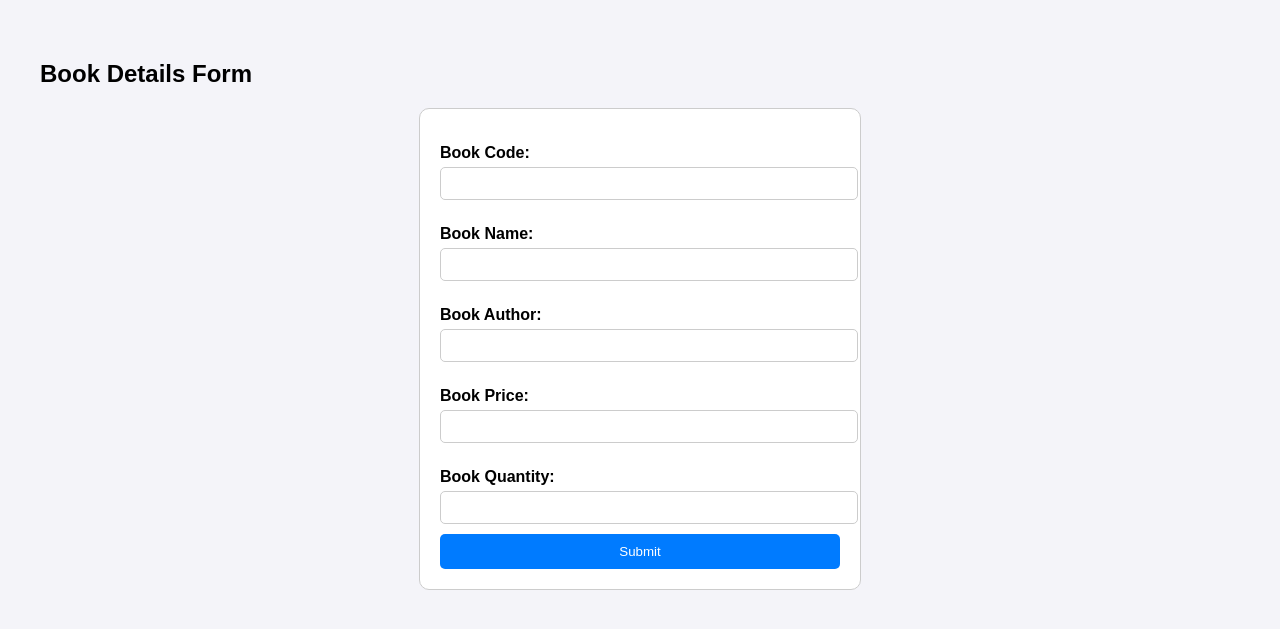
Repository: GokulLade/WebApps_with_Servlets_JSP
Page: 02_ReadDisplayBookDetails/src/main/webapp/index.html
The author's editor kept a copy of each file at every save. The page is drawn from the files as they stood at one save, then again after the next save.
The browser window is 1280 px wide. The pictures show the whole page.

Above is the page before, as saved 2024-11-30 11:04:00.

### 02_ReadDisplayBookDetails/src/main/webapp/index.html
<!DOCTYPE html>
<html lang="en">
<head>
    <meta charset="UTF-8">
    <meta name="viewport" content="width=device-width, initial-scale=1.0">
    <title>Book Details Form</title>
    <style>
        body {
            font-family: Arial, sans-serif;
            margin: 20px;
            padding: 20px;
            background-color: #f4f4f9;
        }
        h2{
        	display: flex;

        }
        form {
            max-width: 400px;
            margin: auto;
            padding: 20px;
            border: 1px solid #ccc;
            border-radius: 10px;
            background: #fff;
        }
        label {
            font-weight: bold;
            display: block;
            margin-top: 15px;
        }
        input[type="text"], input[type="number"] {
            width: 100%;
            padding: 8px;
            margin-top: 5px;
            margin-bottom: 10px;
            border: 1px solid #ccc;
            border-radius: 5px;
        }
        input[type="submit"] {
            background-color: #007BFF;
            color: #fff;
            padding: 10px;
            border: none;
            border-radius: 5px;
            cursor: pointer;
            width: 100%;
        }
        input[type="submit"]:hover {
            background-color: #0056b3;
        }
    </style>
</head>
<body>
    <h2>Book Details Form</h2>
    <form action="display" method="POST">
        <label for="bcode">Book Code: </label>
        <input type="number" id="bcode" name="bcode" required>

        <label for="bname">Book Name: </label>
        <input type="text" id="bname" name="bname" maxlength="10" required>

        <label for="bauthor">Book Author: </label>
        <input type="text" id="bauthor" name="bauthor" maxlength="10" required>

        <label for="bprice">Book Price: </label>
        <input type="number" id="bprice" name="bprice" step="0.01" required>

        <label for="bqty">Book Quantity: </label>
        <input type="number" id="bqty" name="bqty" required>

        <input type="submit" value="Submit">
    </form>
</body>
</html>

After the next save:
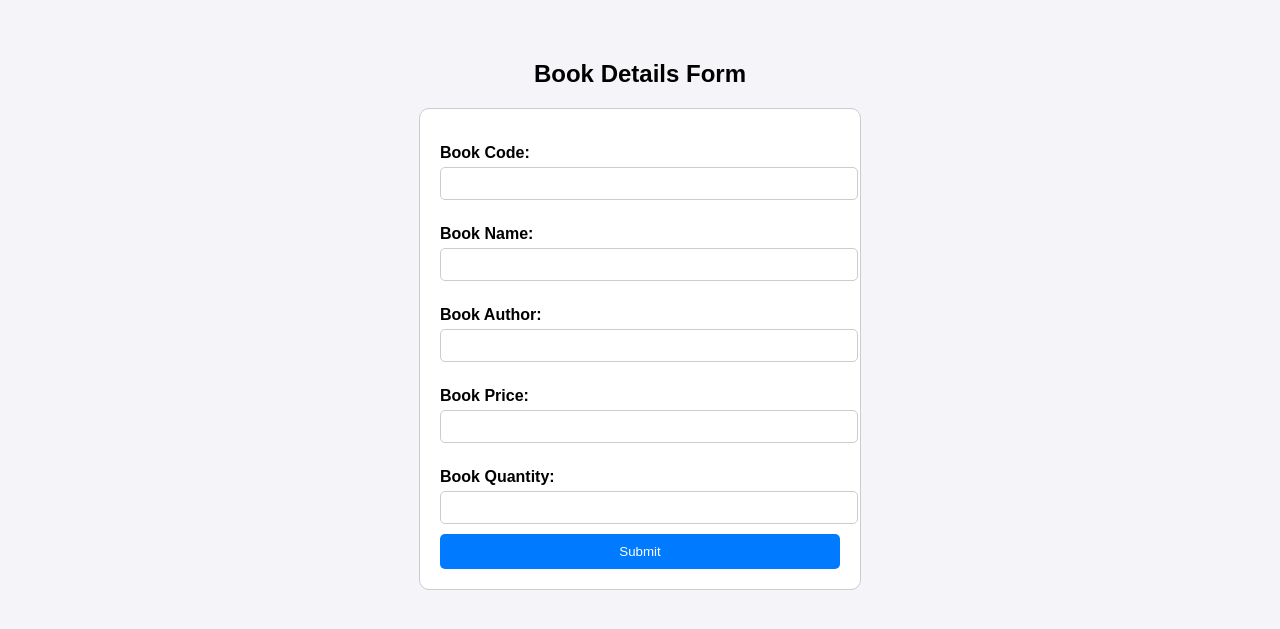
Saved 7 s later.
--- a/02_ReadDisplayBookDetails/src/main/webapp/index.html
+++ b/02_ReadDisplayBookDetails/src/main/webapp/index.html
@@ -13,7 +13,7 @@
         }
         h2{
         	display: flex;
-
+        	justify-content: center;
         }
         form {
             max-width: 400px;
